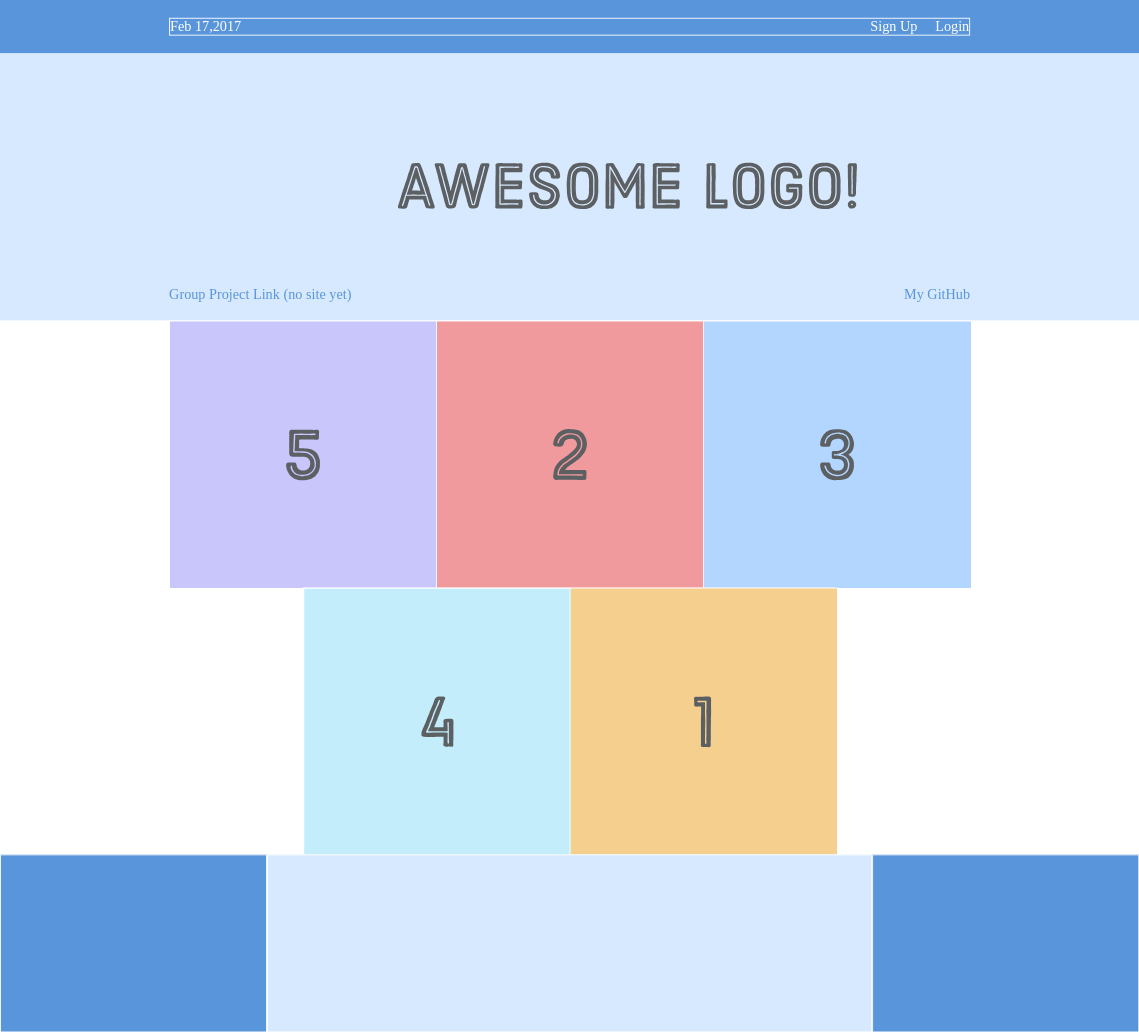
Repository: arkomz/INST377-Lab-Work
Page: client/lab_3/index.html
An editor plug-in stored every save of this project. The page is shown before and after the next save, followed by the edit.
The browser window is 1280 px wide. The pictures show the whole page, at 89% of full size.

Above is the page before, as saved 2021-09-17 13:23:50.

### client/lab_3/index.html
<!DOCTYPE html>
<html lang='en'>
  <head>
    <meta charset='UTF-8'/>
    <title>Some Web Page</title>
    <link rel='stylesheet' href='styles.css'/>
  </head>
  <body>
    <div class='menu-container'>
      <div class='menu'>
        <div class='date'>Feb 17,2017</div>

              <div class='signup'>Sign Up</div>
              <div class='login'>Login</div>

      </div>
      </div>

      <div class='header-container'>
            <div class='header'>
            <div class='subscribe'>Group Project Link (no site yet)</div>
            <div class='logo'><img src='images/awesome-logo.svg'/></div>
            <div class='social' href = "https://github.com/arkomz"> My GitHub </div>
          </div>
        </div>

    <div class='photo-grid-container'>
              <div class='photo-grid'>
                <div class='photo-grid-item first-item'>
                  <img src='images/one.svg'/>
                </div>
                <div class='photo-grid-item'>
                  <img src='images/two.svg'/>
                </div>
                <div class='photo-grid-item'>
                  <img src='images/three.svg'/>
                </div>
                <div class='photo-grid-item'>
                  <img src='images/four.svg'/>
                </div>
                <div class='photo-grid-item last-item'>
                  <img src='images/five.svg'/>
                </div>
              </div>
            </div>

            <div class='footer'>
            <div class='footer-item footer-one'></div>
            <div class='footer-item footer-two'></div>
            <div class='footer-item footer-three'></div>
          </div>
  </body>

### client/lab_3/styles.css
* {
    margin: 0;
    padding: 0;
    box-sizing: border-box;
  }

  .menu-container {
    color: #fff;
    background-color: #5995DA;  /* Blue */
    padding: 20px 0;
    display: flex;
    justify-content: center;
  }

  .menu {
    border: 1px solid #fff;
    width: 900px;
    display: flex;
    justify-content: space-between;
  }

  .links {
    border: 1px solid #fff;  /* For debugging */
    display: flex;
    justify-content: flex-end;
  }

  .login {
    margin-left: 20px;
  }

  .header-container {
    color: #5995DA;
    background-color: #D6E9FE;
    display: flex;
    justify-content: center;
  }

  .header {
    width: 900px;
    height: 300px;
    display: flex;
    justify-content: space-between;
    align-items: center;
  }

  .photo-grid-container {
    display: flex;
    justify-content: center;
  }

  .photo-grid {
    width: 900px;
    display: flex;
    justify-content: center;
    flex-wrap: wrap;
    flex-direction: row;
    align-items: center;
  }

  .photo-grid-item {
    border: 1px solid #fff;
    width: 300px;
    height: 300px;
  }

  .first-item {
    order: 1;
  }

  .last-item {
    order: -1;
  }

  .social,
  .subscribe {
    align-self: flex-end;
    margin-bottom: 20px;
    }

    .footer {
        display: flex;
        justify-content: space-between;
      }

  .footer-item {
    border: 1px solid #fff;
    background-color: #D6E9FE;
    height: 200px;
    flex: 1;
  }

  .footer-three {
    flex: 2;
  }

  .footer-one,
  .footer-three {
    background-color: #5995DA;
    flex: initial;
    width: 300px;
  }

  .signup {
    margin-left: auto;
  }

After the next save:
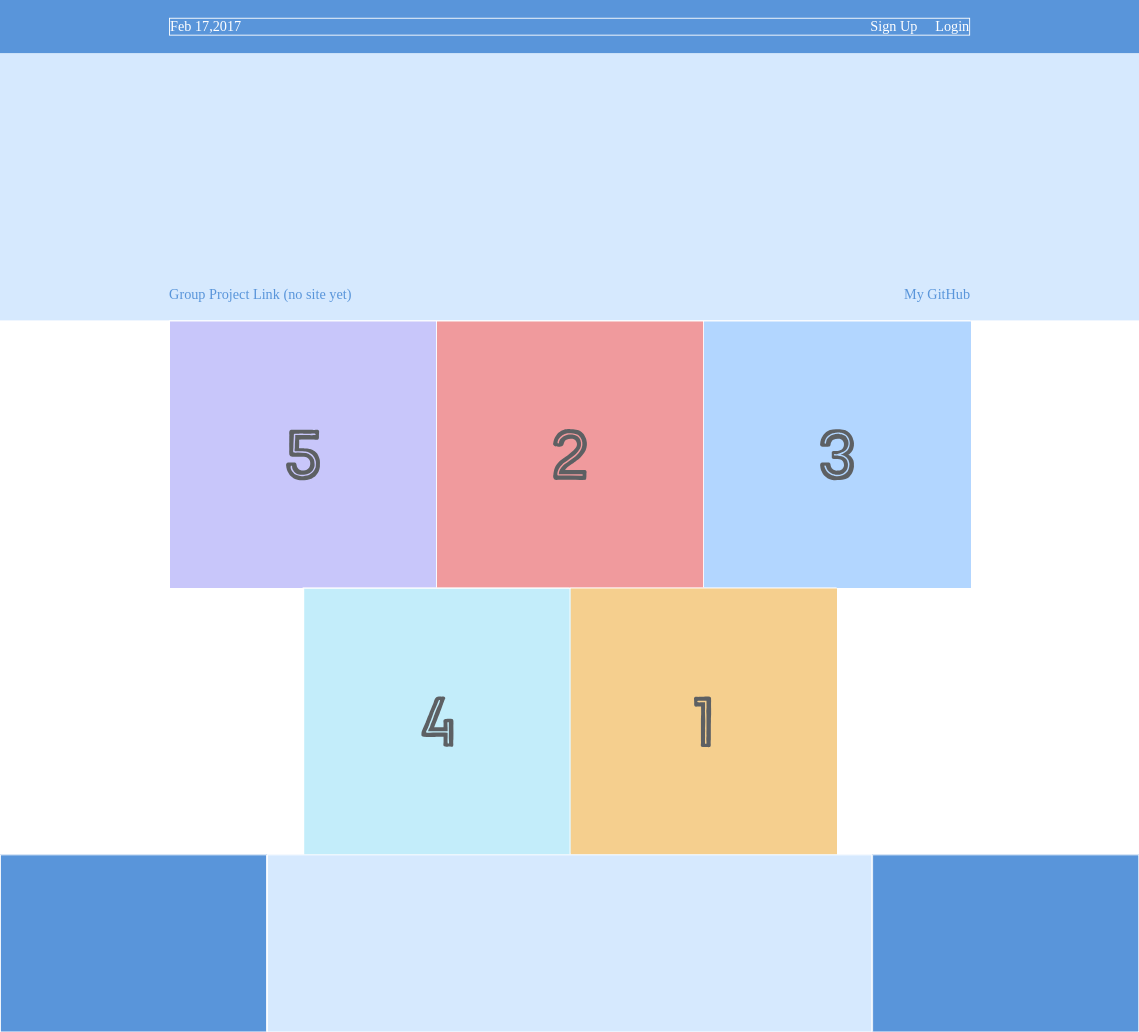
Saved 14 s later.
--- a/client/lab_3/index.html
+++ b/client/lab_3/index.html
@@ -19,7 +19,6 @@
       <div class='header-container'>
             <div class='header'>
             <div class='subscribe'>Group Project Link (no site yet)</div>
-            <div class='logo'><img src='images/awesome-logo.svg'/></div>
             <div class='social' href = "https://github.com/arkomz"> My GitHub </div>
           </div>
         </div>

After the save that followed:
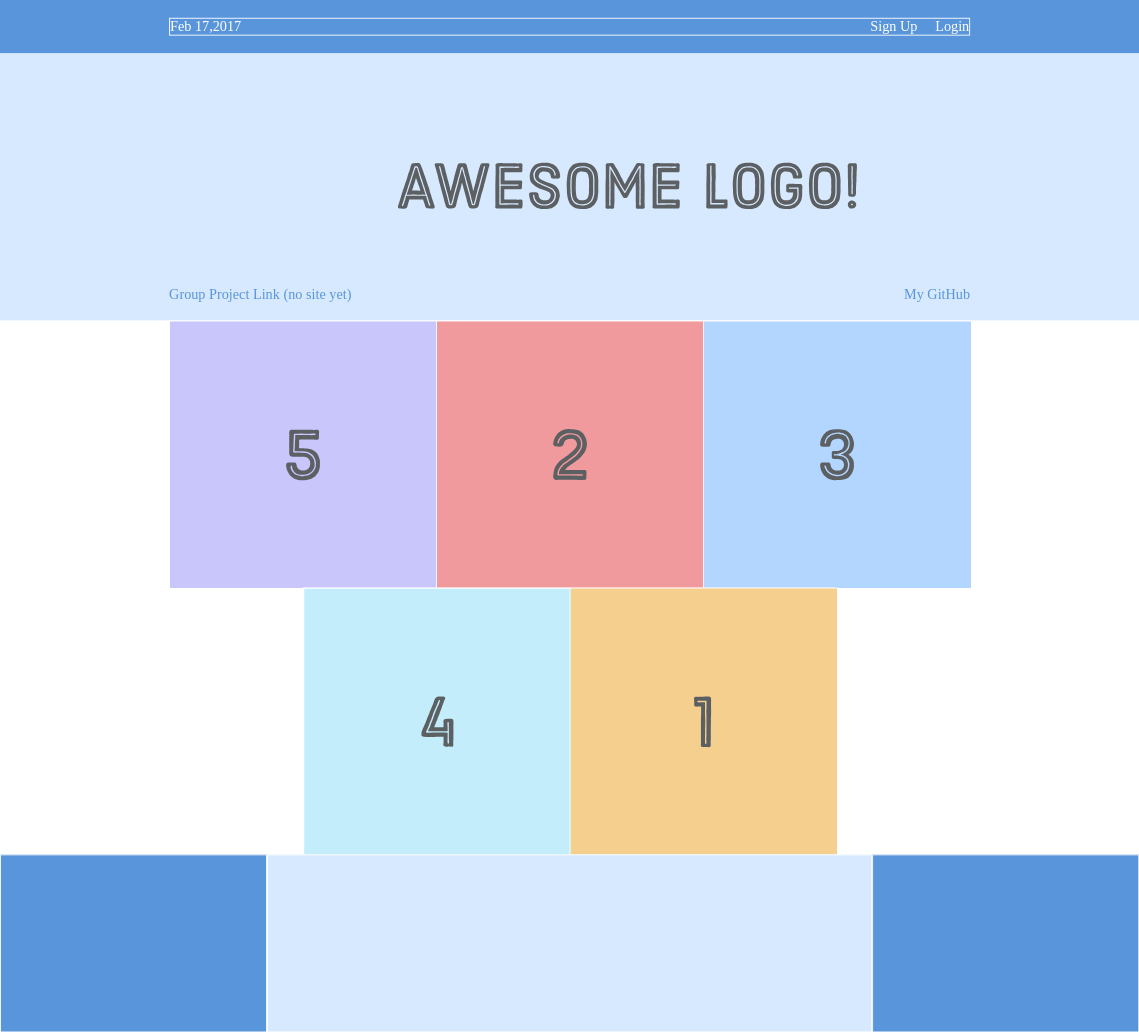
Saved 18 s later.
--- a/client/lab_3/index.html
+++ b/client/lab_3/index.html
@@ -19,6 +19,7 @@
       <div class='header-container'>
             <div class='header'>
             <div class='subscribe'>Group Project Link (no site yet)</div>
+            <div class='logo'><img src='images/awesome-logo.svg'/></div>
             <div class='social' href = "https://github.com/arkomz"> My GitHub </div>
           </div>
         </div>
